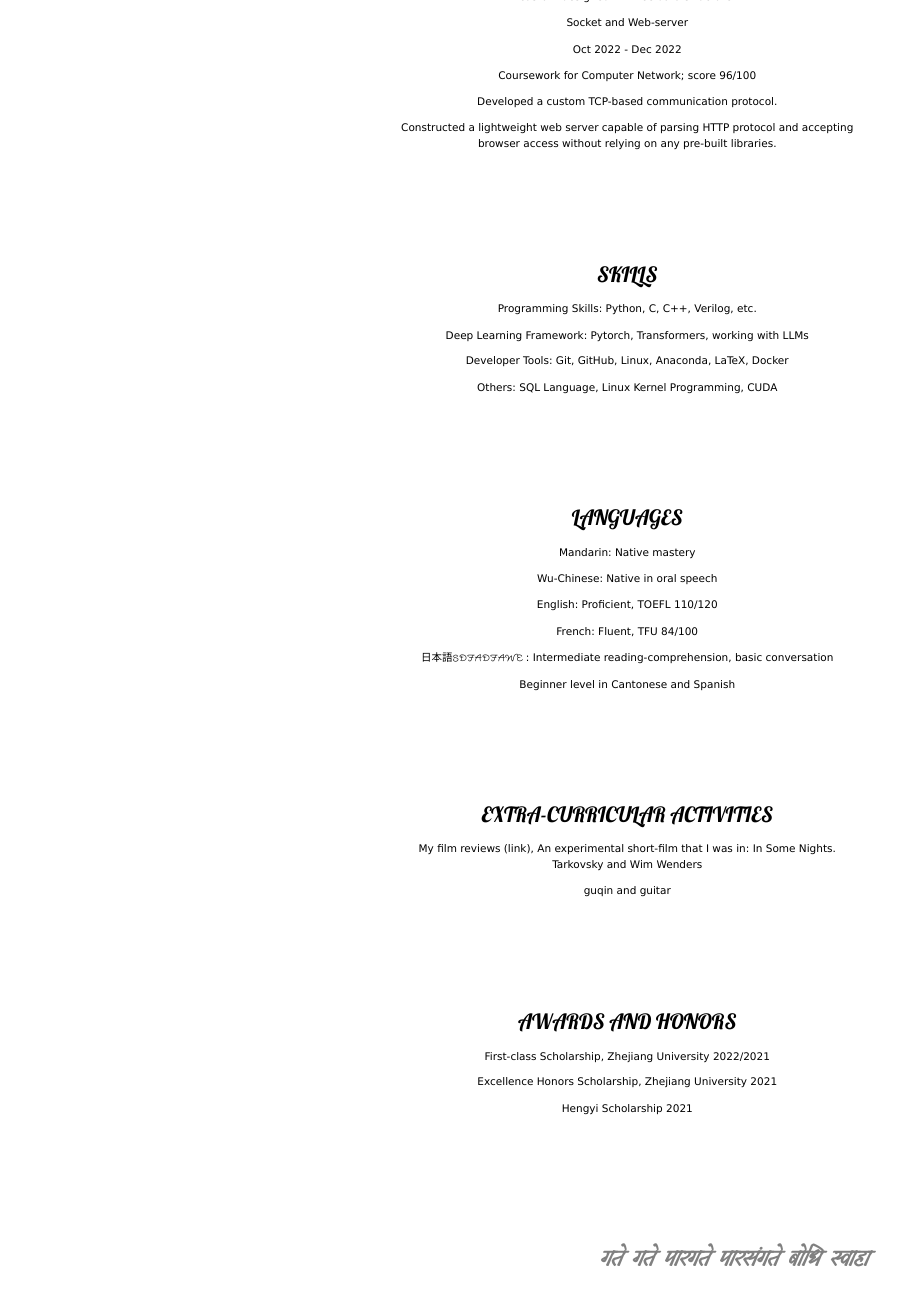
Repository: Ej-zhou/ej-zhou.github.io
Page: index.html
An editor plug-in stored every save of this project. The page is shown before and after the next save, followed by the edit.
The browser window is 1280 px wide. The page is 1304 px wide, so the pictures cover 1304 px, including what lies to the right of the window. The pictures show the part of the page from y = 4151 to 6031 px (the page is 6277 px tall), at 70% of full size.
Some web fonts or font styles are not loaded; a fallback is used.

Above is the page before, as saved 2023-08-12 15:29:16.

After the next save:
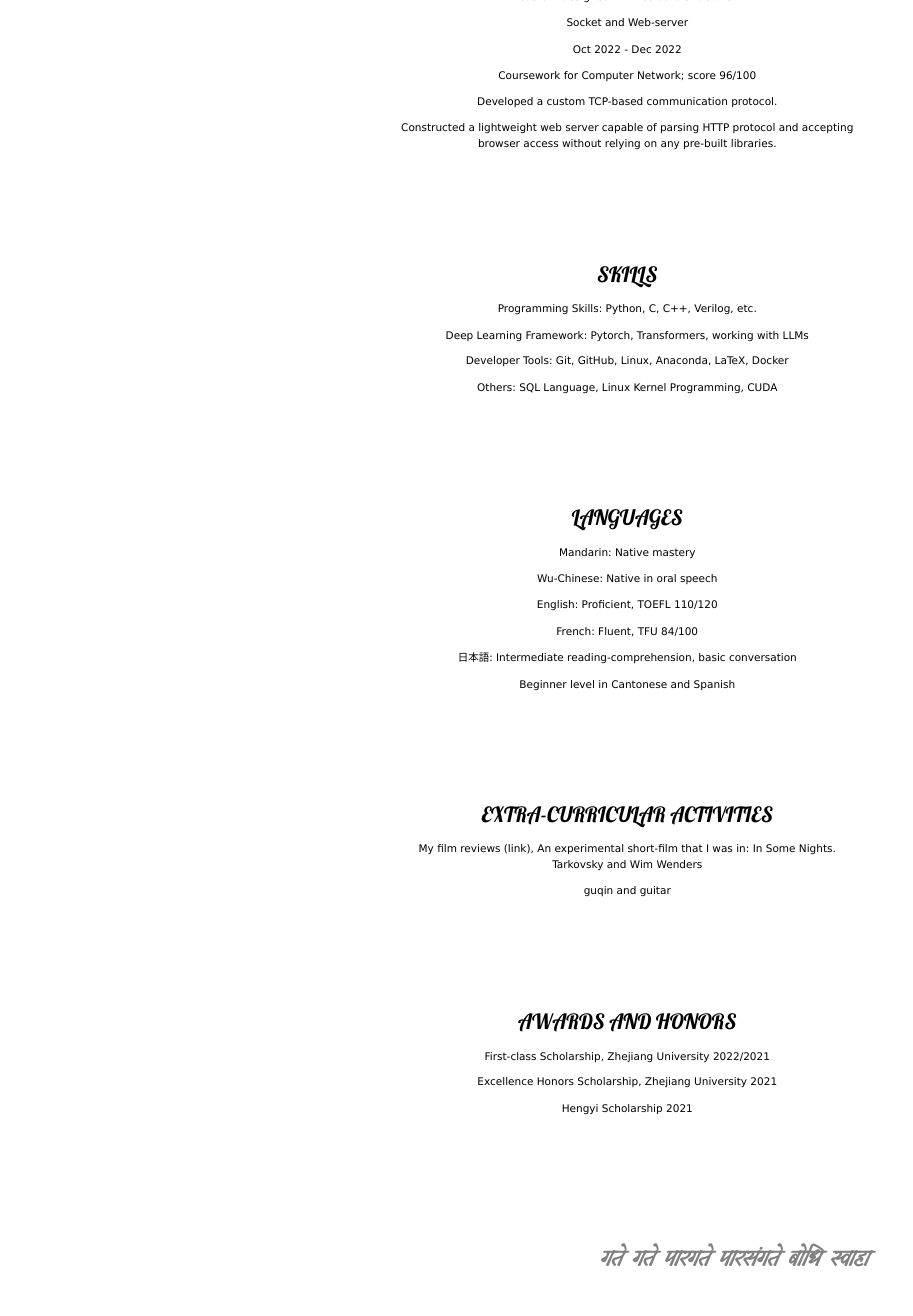
Saved 2 min 13 s later.
--- a/index.html
+++ b/index.html
@@ -580,7 +580,7 @@
     French: Fluent, TFU 84/100
    </p>
 <p>
-    <span class="japanese"> 日本語sdfadfawe </span>: Intermediate reading-comprehension, basic conversation
+    <span class="japanese"> 日本語</span>: Intermediate reading-comprehension, basic conversation
    </p>
 <p>
     Beginner level in Cantonese and Spanish
